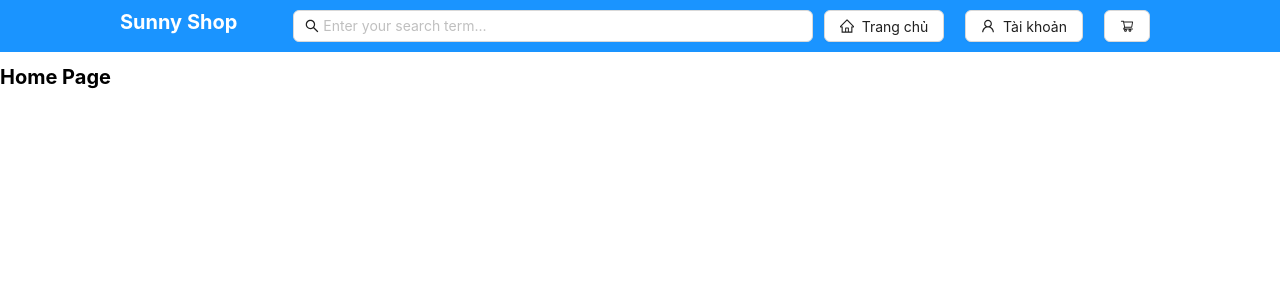
Repository: manhhieu120499/E-Commerce
Page: /
The author's editor kept a copy of each file at every save. The page is drawn from the files as they stood at one save, then again after the next save.
The browser window is 1280 px wide. The pictures show the whole page.
The project was rebuilt for these pictures with package versions that can differ from the ones it lists, and the page was loaded fresh each time. Also part of the build but not shown: src/pages/product/Product.js, src/pages/order/Order.js, src/pages/notFound/NotFound.js, src/layouts/NormalLayout/NormalLayout.js.

Above is the page before, as saved 2024-12-31 18:26:39.

### src/index.js
import React from "react";
import ReactDOM from "react-dom/client";
import App from "./App";
import reportWebVitals from "./reportWebVitals";
import GlobalStyle from "./GlobalStyles";
import { Provider } from "react-redux";
import store from "./redux/store";

const root = ReactDOM.createRoot(document.getElementById("root"));
root.render(
  <React.StrictMode>
    <Provider store={store}>
      <GlobalStyle>
        <App />
      </GlobalStyle>
    </Provider>
  </React.StrictMode>
);

// If you want to start measuring performance in your app, pass a function
// to log results (for example: reportWebVitals(console.log))
// or send to an analytics endpoint. Learn more: https://bit.ly/CRA-vitals
reportWebVitals();

### src/App.js
import React from "react";
import { BrowserRouter as Router, Route, Routes } from "react-router-dom";
import { publicRoute } from "./route";
function App() {
  return (
    <div className="App">
      <Router>
        <Routes>
          {publicRoute.map((route) => {
            const Page = route.component;
            const Layout = route.layout;
            return (
              <Route
                key={route.path}
                path={route.path}
                element={
                  <Layout>
                    <Page />
                  </Layout>
                }
              />
            );
          })}
        </Routes>
      </Router>
    </div>
  );
}

export default App;

### src/redux/store.js
import { configureStore } from "@reduxjs/toolkit";
import productSlice from "./slices/productSlice";

const store = configureStore({
    reducer: {
        product: productSlice
    }
})

export default store;

### src/route/index.js
import { Home, Product, Order, NotFound } from "../pages";
import { DefaultLayout, NormalLayout } from "../layouts";

const publicRoute = [
  {
    path: "/",
    component: Home,
    layout: DefaultLayout,
  },
  {
    path: "/product",
    component: Product,
    layout: DefaultLayout,
  },
  {
    path: "/order",
    component: Order,
    layout: DefaultLayout,
  },
  {
    path: "*",
    component: NotFound,
    layout: NormalLayout,
  },
];

const privateRoute = [];

export { publicRoute, privateRoute };

### src/GlobalStyles/GlobalStyles.js
import "./css/GlobalStyles.css";
export default function GlobalStyle({ children }) {
    return (
        <div className="wrapper">
            { children }
        </div>
    )
}

### src/redux/slices/productSlice.js
import { createSlice } from "@reduxjs/toolkit";

// const initialState = {
//     products: [],
// }

// export const productSlice = createSlice({
//     name: 'productSlice',
//     initialState,
//     reducers:{
//         setProduct: (state, action) => {
//             return {...state}
//         }
//     }
// })

const initialState = {
    value: 0
}

const productSlice = createSlice({
    name: 'productSlice',
    initialState,
    reducers: {
        increase: (state, action) => {
            return {...state, value: state.value + 1}
        },
        decrease: (state, action) => {
            return {...state, value: state.value - 1}
        }
    }
})

export const { increase, decrease } = productSlice.actions;

export default productSlice.reducer;

### src/pages/index.js
import Home from "./home";
import Product from "./product";
import Order from "./order";
import NotFound from "./notFound";

export { Home, Product, Order, NotFound };

### src/layouts/index.js
import DefaultLayout from "./DefaultLayout";
import NormalLayout from "./NormalLayout";

export { DefaultLayout, NormalLayout };

### src/GlobalStyles/css/GlobalStyles.css
/* @import "antd/dist/antd.css"; */
body {
  margin: 0;
  font-family: -apple-system, BlinkMacSystemFont, 'Segoe UI', 'Roboto', 'Oxygen',
    'Ubuntu', 'Cantarell', 'Fira Sans', 'Droid Sans', 'Helvetica Neue',
    sans-serif;
  -webkit-font-smoothing: antialiased;
  -moz-osx-font-smoothing: grayscale;
  box-sizing: border-box;
  padding: 0;
}

html {
  font-size: 62.5%;
}

.wrapper {
  max-width: 100vw;
  margin: 0 auto;
}

### src/pages/product/index.js
export { default } from './Product'

### src/layouts/NormalLayout/index.js
export { default } from "./NormalLayout";

### src/pages/home/Home.js
export default function Home({children}) {
    return (
        <h1>Home Page</h1>
    )
}

### src/layouts/DefaultLayout/DefaultLayout.js
import { Header } from "../../components";

export default function DefaultLayout({ children }) {
  return (
    <div className="wrapper">
      <Header />
      {children}
    </div>
  );
}

### src/components/index.js
import Header from "./Header";
export { Header };

### src/components/Header/Header.js
import { Button, Col, Row } from "antd";
import { WrapperRow, WrapperSpan } from "./HeaderStyle";
import Search from "antd/es/transfer/search";
import {
  HomeOutlined,
  ShoppingCartOutlined,
  UserOutlined,
} from "@ant-design/icons";

export default function Header({ children }) {
  return (
    <div>
      <WrapperRow>
        <Col span={4}>
          <WrapperSpan>Sunny Shop</WrapperSpan>
        </Col>
        <Col span={12}>
          <Search
            placeholder="Enter your search term..."
            allowClear
            style={{
              width: 200,
            }}
          />
        </Col>
        <Col
          span={8}
          style={{
            display: "flex",
            alignItems: "center",
            justifyContent: "space-around",
          }}
        >
          <Button>
            <HomeOutlined />
            <span>Trang chủ</span>
          </Button>
          <Button>
            <UserOutlined />
            <span>Tài khoản</span>
          </Button>
          <Button>
            <ShoppingCartOutlined />
          </Button>
        </Col>
      </WrapperRow>
    </div>
  );
}

### src/components/Header/HeaderStyle.js
import { Row } from "antd";
import styled from "styled-components";

export const WrapperRow = styled(Row)`
  padding: 10px 120px;
  background-color: rgb(26, 148, 255);
`;

export const WrapperSpan = styled.span`
  font-size: 20px;
  font-weight: 700;
  color: white;
`;

Loaded but not shown: public/index.html (common file); src/reportWebVitals.js (common file); src/GlobalStyles/index.js (common file); src/pages/home/index.js (common file); src/pages/order/index.js (common file); src/pages/notFound/index.js (common file); src/layouts/DefaultLayout/index.js (common file); src/components/Header/index.js (common file)

After the next save:
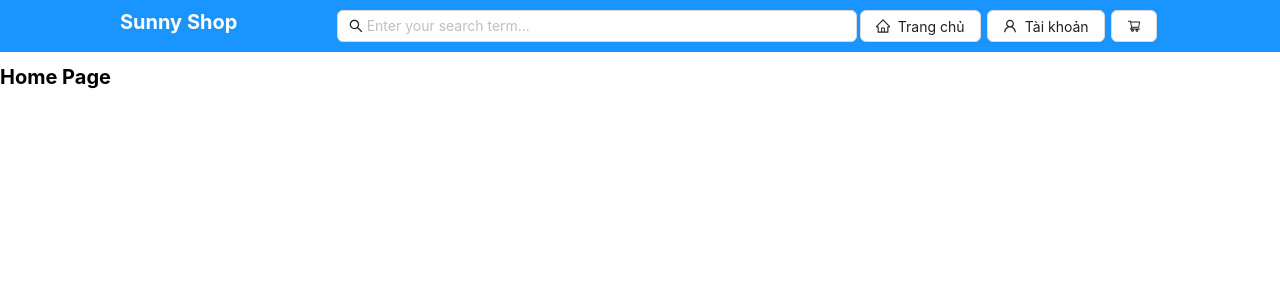
Saved 16 s later.
--- a/src/components/Header/Header.js
+++ b/src/components/Header/Header.js
@@ -11,7 +11,7 @@ export default function Header({ children }) {
   return (
     <div>
       <WrapperRow>
-        <Col span={4}>
+        <Col span={5}>
           <WrapperSpan>Sunny Shop</WrapperSpan>
         </Col>
         <Col span={12}>
@@ -24,7 +24,7 @@ export default function Header({ children }) {
           />
         </Col>
         <Col
-          span={8}
+          span={7}
           style={{
             display: "flex",
             alignItems: "center",
